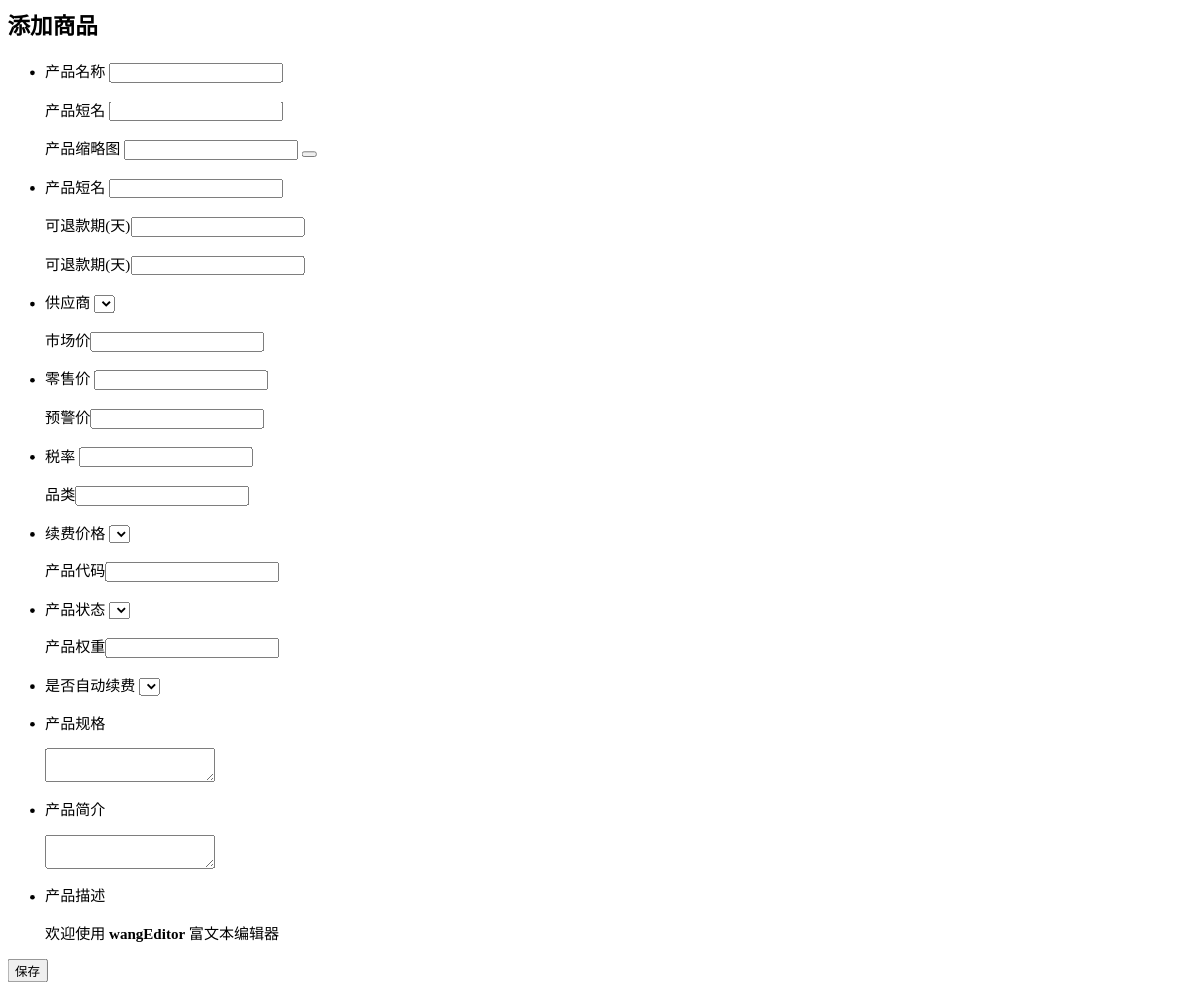
Repository: wangyan466393/racentSystem
Page: addProduct.html
These files come from the project's save history. The page is drawn as it stood at one moment and after the next save; the edit follows.
The browser window is 1280 px wide. The pictures show the whole page, at 94% of full size.

Above is the page before, as saved 2020-08-19 21:28:18.

After the next save:
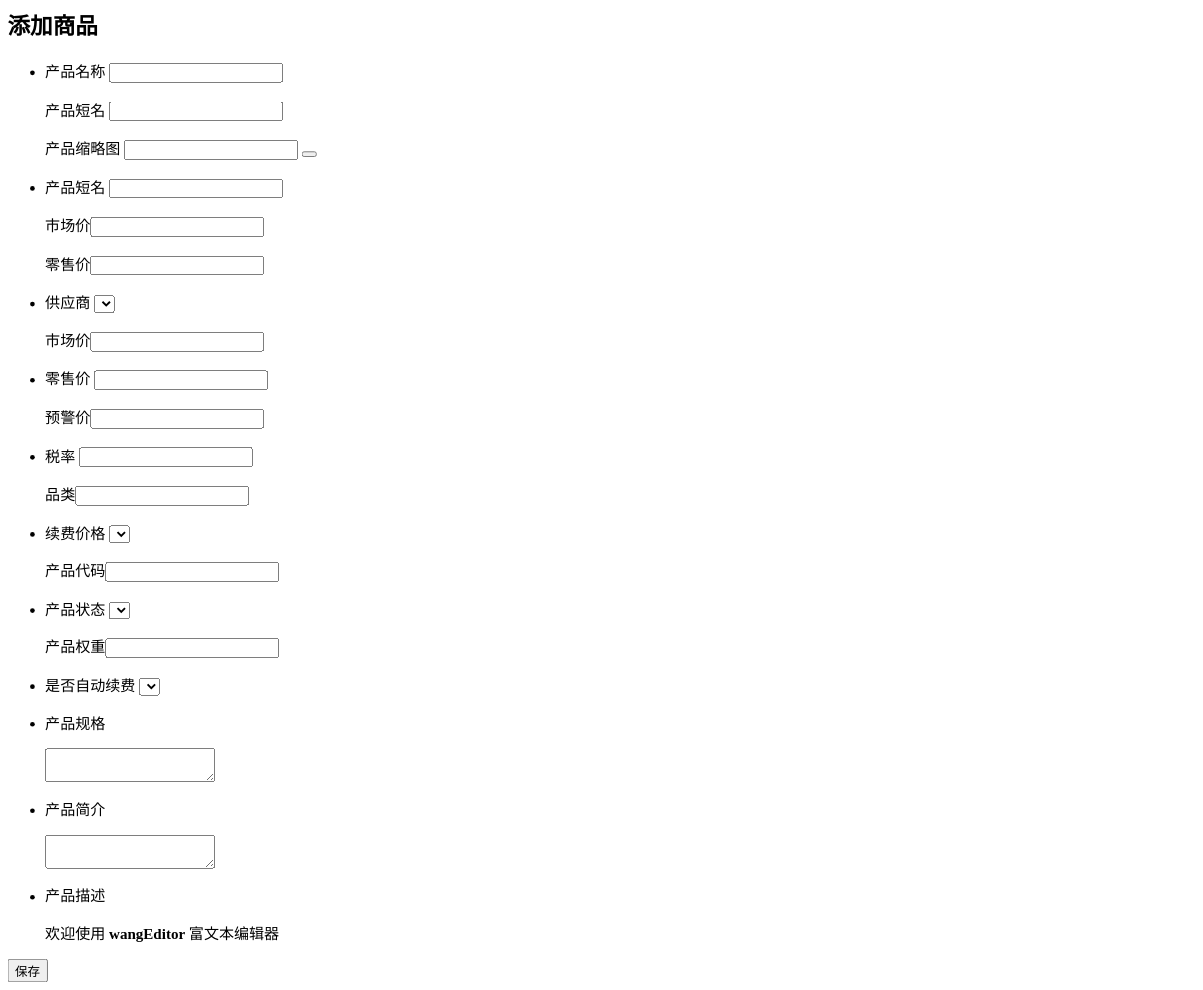
Saved 29 s later.
--- a/addProduct.html
+++ b/addProduct.html
@@ -28,10 +28,10 @@
                         <input type="text">
                     </p>
                     <p>
-                        <span>可退款期(天)</span><input type="number" >
+                        <span>市场价</span><input type="number" >
                     </p>
                     <p>
-                        <span>可退款期(天)</span><input type="number" >
+                        <span>零售价</span><input type="number" >
                     </p>
                 </li>
                 <li>
